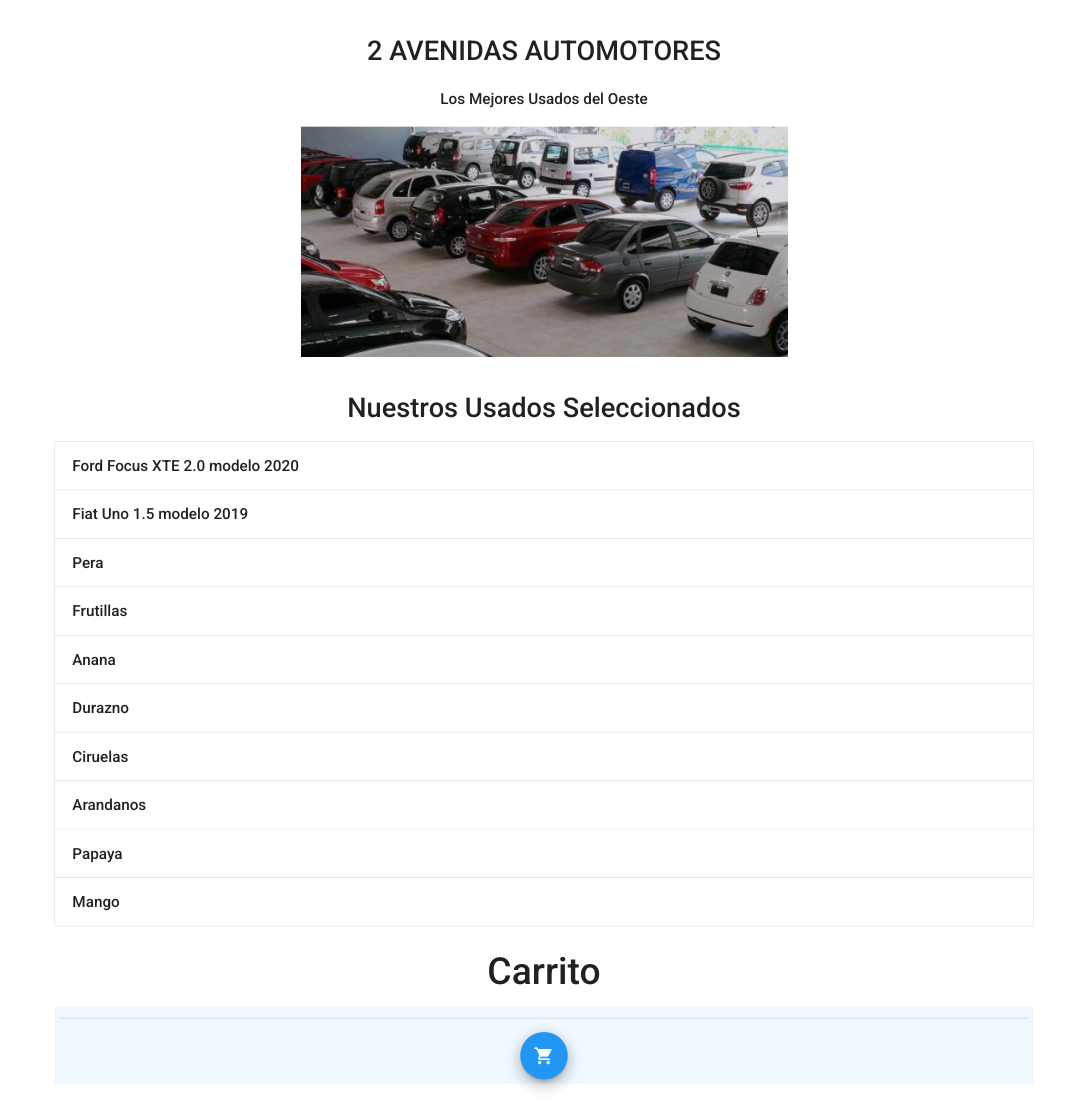
Repository: gadiazsaavedra/SimuladorInteractiv-14-03
Page: index.html
An editor plug-in stored every save of this project. The page is shown before and after a run of saves, followed by the edit.
The browser window is 1280 px wide. The pictures show the whole page, at 85% of full size.

Above is the page before, as saved 2022-03-15 10:29:47.

After the next 2 saves:
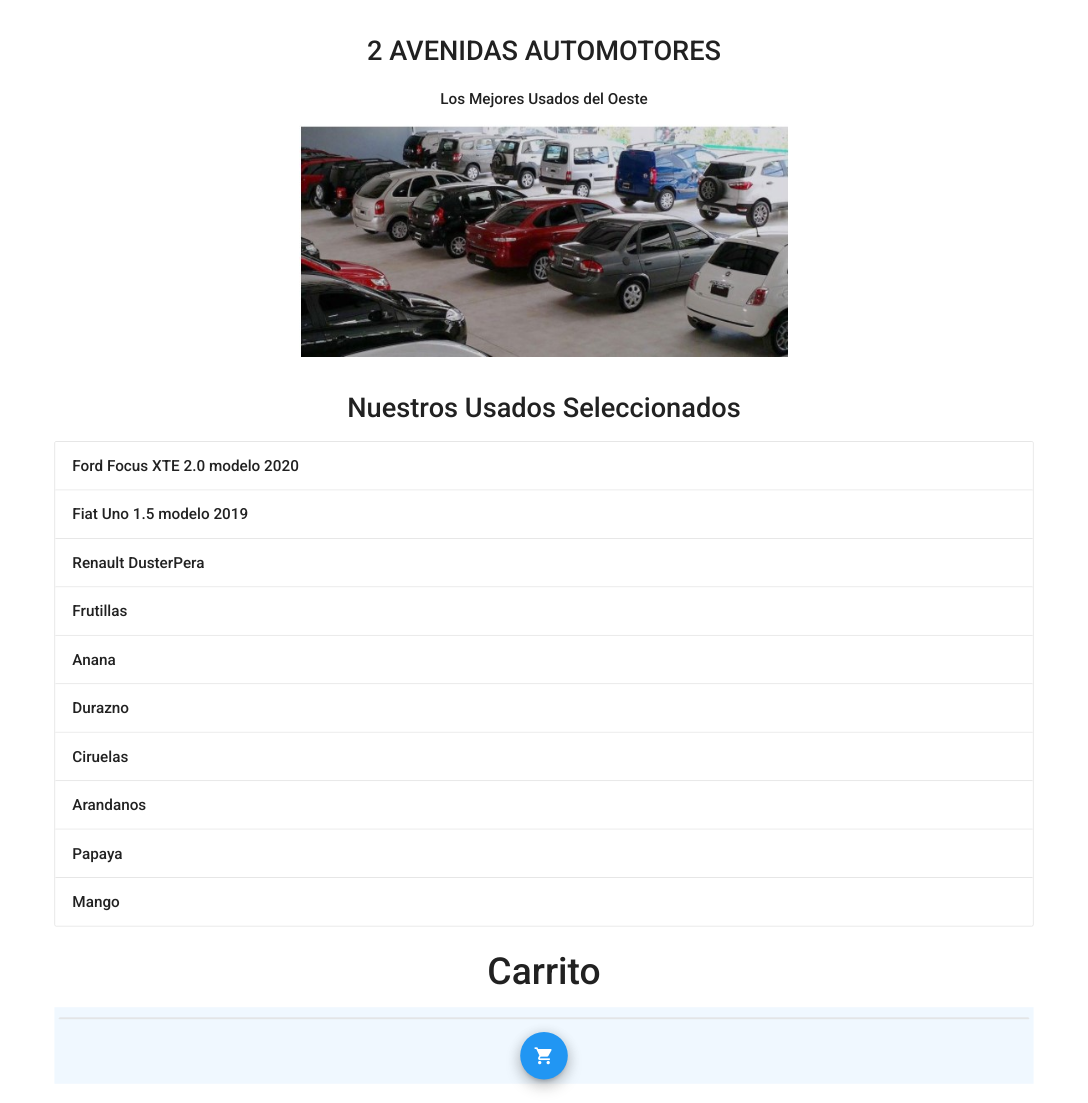
The 2 saves are shown as one change because they came seconds apart.
The last was saved 10 s later.
--- a/js/variables.js
+++ b/js/variables.js
@@ -1,5 +1,5 @@
 // const productos = ['Motherboard ATX Intel', 'Memoria RAM 4 GB DDR3', 'Hard Disk 80 GB SEAGATE', 'Monitor Viewsonic .31', 'Case Babytower', 'Fuente 100~240 ATX 5 AMP']
-const productos = ['Ford Focus XTE 2.0 modelo 2020', 'Fiat Uno 1.5 modelo 2019', 'Pera', 'Frutillas', 'Anana', 'Durazno', 'Ciruelas', 'Arandanos', 'Papaya', 'Mango']
+const productos = ['Ford Focus XTE 2.0 modelo 2020', 'Fiat Uno 1.5 modelo 2019', 'Renault DusterPera', 'Frutillas', 'Anana', 'Durazno', 'Ciruelas', 'Arandanos', 'Papaya', 'Mango']
 const carrito = []
 
 const titulo = document.getElementById("titulo")
